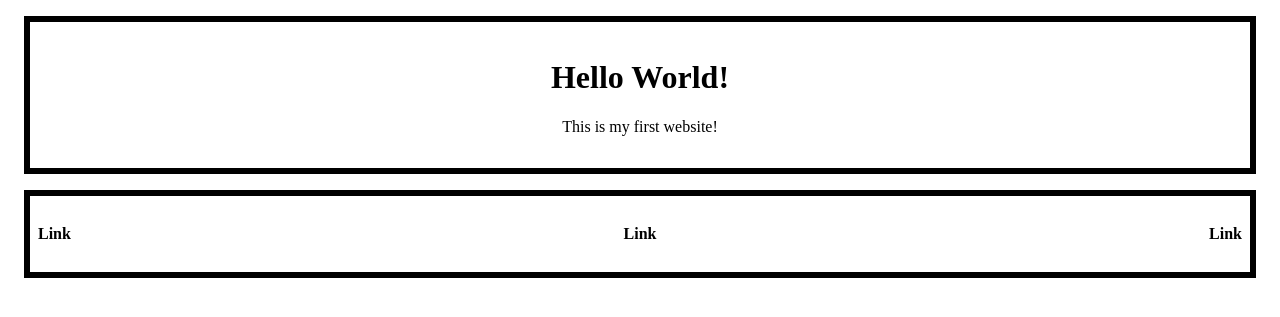
Repository: Brittany-Westlund/WebDesign
Page: Assignment1/index.html
An editor plug-in stored every save of this project. The page is shown before and after the next save, followed by the edit.
The browser window is 1280 px wide. The pictures show the whole page.

Above is the page before, as saved 2025-05-14 22:32:35.

After the next save:
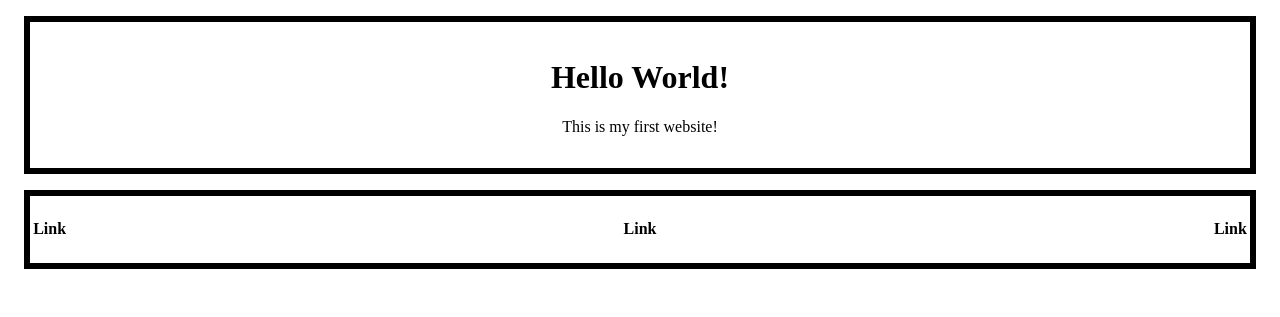
Saved 14 s later.
--- a/Assignment1/index.html
+++ b/Assignment1/index.html
@@ -20,7 +20,7 @@
                 justify-content: space-between;
                 gap: 1em;
                 border: 5pt solid black;
-                padding: 0.5em;
+                padding: 0.2em;
                 margin: 1em;
                 text-align: center;
             }
